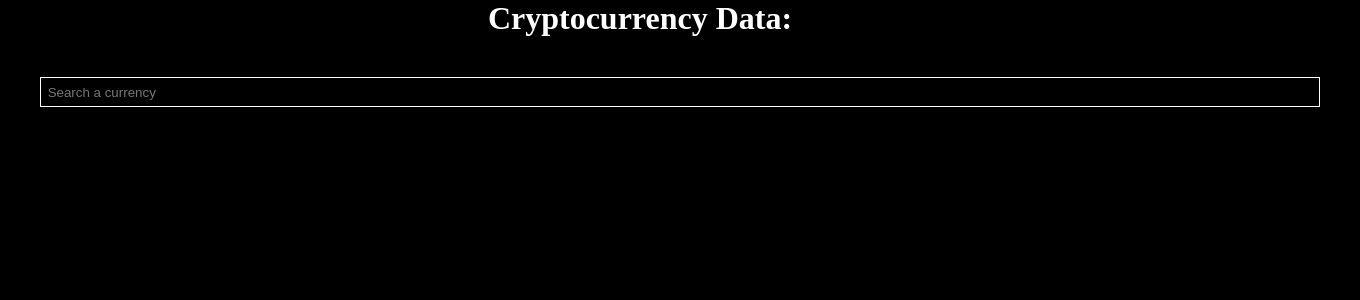
Repository: alejandroacd/cryptocurrency-market
Page: /
The author's editor kept a copy of each file at every save. The page is drawn from the files as they stood at one save, then again after the next save.
The browser window is 1280 px wide. The page is 1360 px wide, then 1280 px, so the pictures cover 1360 px, including what lies to the right of the window. The pictures show the whole page.
The page's requests for data from a server got no answer. The project was rebuilt for these pictures with package versions that can differ from the ones it lists, and the page was loaded fresh each time. No one was signed in, and anything a server would have sent is missing. Also part of the build but not shown: src/Currency.js.

Above is the page before, as saved 2021-07-17 13:55:17.

After the next save:
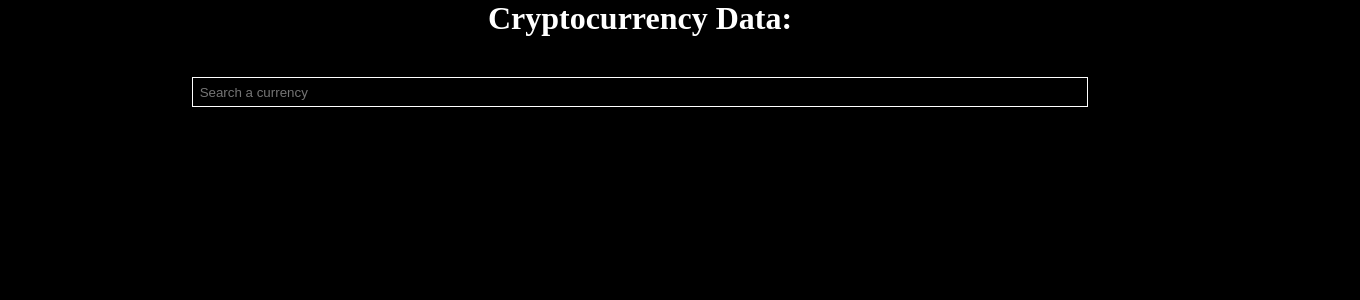
Saved 7 s later.
--- a/src/Currency.css
+++ b/src/Currency.css
@@ -54,7 +54,7 @@
 .crypto_name {
     padding: 0.5em;
     margin: 0 auto;
-    width: 100%;
+    width: 70%;
 }
 .red {
     color:#CD113B;
